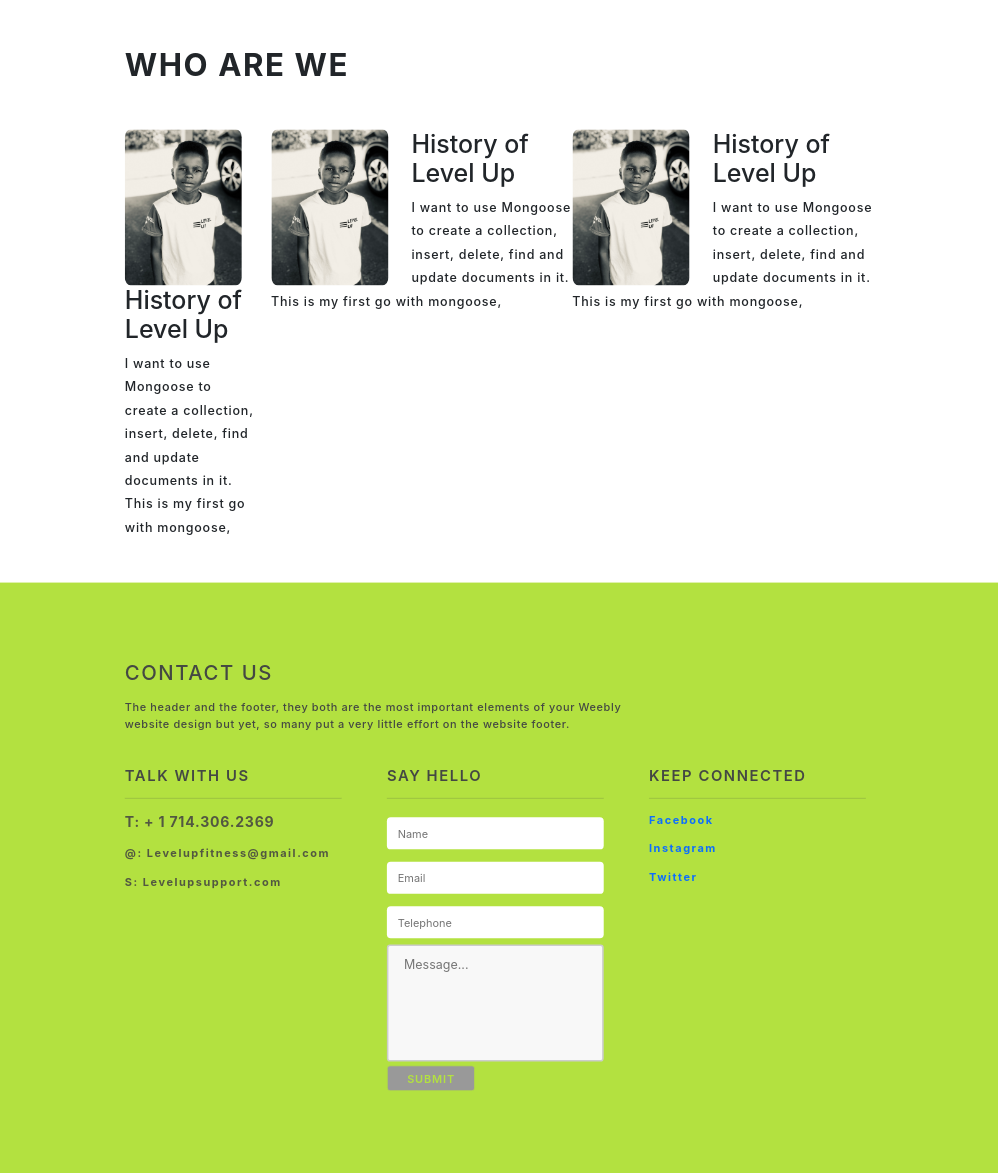
Repository: Bojurie/Level-up
Page: /about (app in client/)
The author's editor kept a copy of each file at every save. The page is drawn from the files as they stood at one save, then again after the next save.
The browser window is 1280 px wide. The pictures show the part of the page from y = 314 to 1818 px (the page is 1818 px tall before and 1659 px after), at 78% of full size.
Some web fonts or font styles are not loaded; a fallback is used. Some web libraries are served in a nearby version. The project was rebuilt for these pictures with package versions that can differ from the ones it lists, and the page was loaded fresh each time. Also part of the build but not shown: client/src/components/Carousel.js, client/src/components/HomeVlog.css, client/src/components/HomeVlog.js, client/src/components/homeProducts.css, client/src/components/HomeProducts.js, client/src/components/Card.js, client/src/components/HomeShop.css, client/src/components/HomeShop.js and 10 more. Imported but missing from the stored project, and not drawn on this page: client/src/components/Chart.

Above is the page before, as saved 2022-11-30 15:58:35.

After the next save:
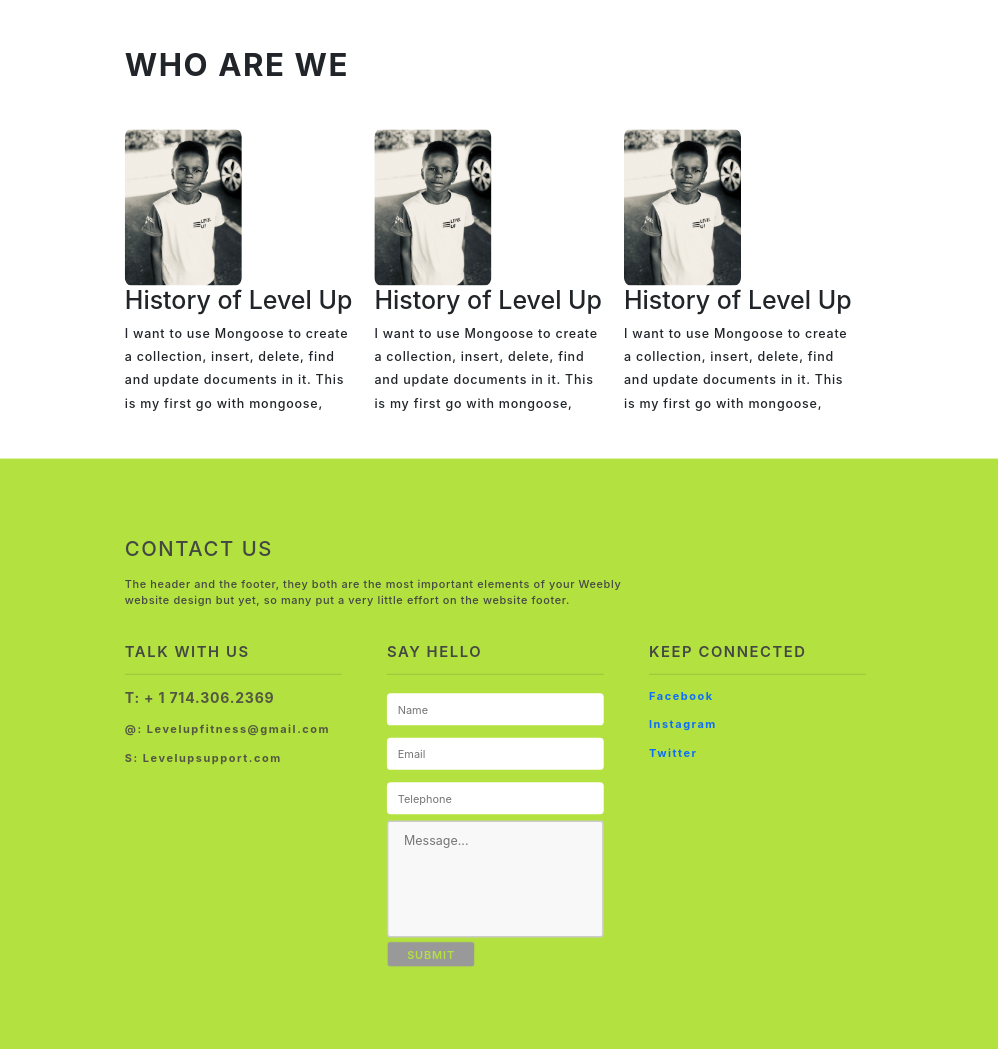
Saved 102 s later.
--- a/client/src/pages/About.css
+++ b/client/src/pages/About.css
@@ -26,8 +26,9 @@
   display: flex;
 }
 
-.AboutHistory {
-  display: grid;
+.AboutHistory,
+.AboutGoal,
+.Aboutproduct {
   display: grid;
     padding: 0 20px 0 0;
     margin: 0 auto;
